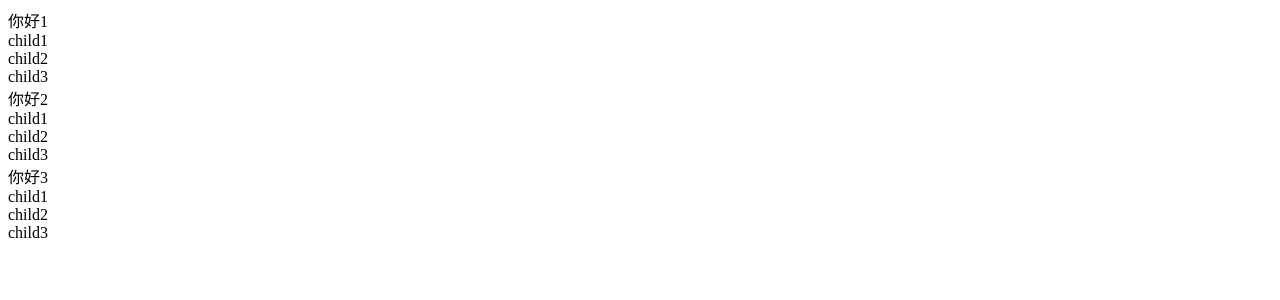
Repository: chenguocan/jquery_demo
Page: src/index.html
An editor plug-in stored every save of this project. The page is shown before and after the next save, followed by the edit.
The browser window is 1280 px wide. The pictures show the whole page.

Above is the page before, as saved 2020-08-08 09:07:06.

### src/index.html
<!DOCTYPE html>
<html lang="en">

<head>
    <meta charset="UTF-8">
    <meta name="viewport" content="width=device-width, initial-scale=1.0">
    <title>Document</title>
</head>
<div class="test">
    你好1
    <div class="child">child1</div>
    <div class="child">child2</div>
    <div class="child">child3</div>
</div>
<div class="test">
    你好2
    <div class="child">child1</div>
    <div class="child">child2</div>
    <div class="child">child3</div>
</div>
<div class="test">
    你好3
    <div class="child">child1</div>
    <div class="child">child2</div>
    <div class="child">child3</div>
</div>

<body>
    <script src="jquery.js"></script>
    <script src="main.js"></script>
</body>

</html>

### src/jquery.js
window.jQuery = function (selector) {
    const elements = document.querySelectorAll(selector);
    //api可以操作elements
    return {
        addClass(className) {
            for (let i = 0; i < elements.length; i++) {
                elements[i].classList.add(className);
            }
            return this;
        },
        find(selector) {
            let array = [];
            for (let i = 0; i < elements.length; i++) {
                array = array.concat(Array.from(elements[i].querySelectorAll(selector)));
            }
            return array;
        }
    }
}

### src/main.js
const test = jQuery(".test").find(".child")//遍历所有刚才获取的元素添加.red
console.log(test);

After the next save:
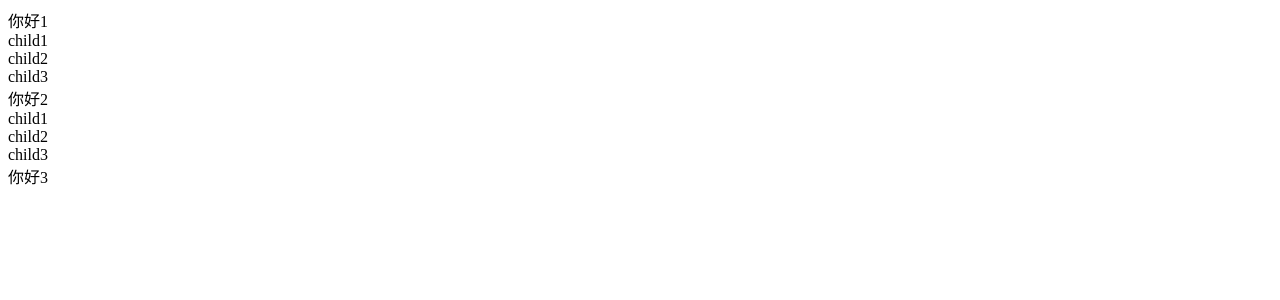
Saved 15 s later.
--- a/src/index.html
+++ b/src/index.html
@@ -6,23 +6,21 @@
     <meta name="viewport" content="width=device-width, initial-scale=1.0">
     <title>Document</title>
 </head>
-<div class="test">
+<div class="test1">
     你好1
     <div class="child">child1</div>
     <div class="child">child2</div>
     <div class="child">child3</div>
 </div>
-<div class="test">
+<div class="test2">
     你好2
     <div class="child">child1</div>
     <div class="child">child2</div>
     <div class="child">child3</div>
 </div>
-<div class="test">
+<div class="test3">
     你好3
-    <div class="child">child1</div>
-    <div class="child">child2</div>
-    <div class="child">child3</div>
+
 </div>
 
 <body>
